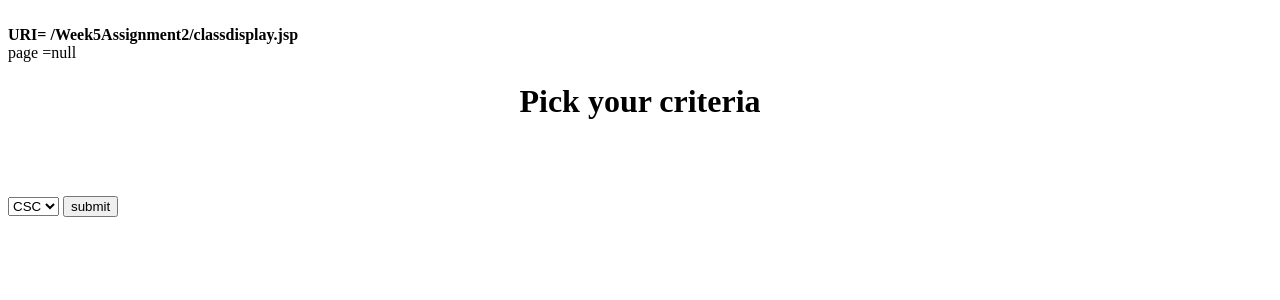
Repository: weshayutin/java258Online
Page: http://localhost/Week5Assignment2/classdisplay.jsp
The author's editor kept a copy of each file at every save. The page is drawn from the files as they stood at one save, then again after the next save.
The browser window is 1280 px wide. The pictures show the whole page.
The page is served by Tomcat 9. Other server files are loaded and not shown.

Above is the page before, as saved 2011-02-16 03:31:02.

### workspace/Week5Assignment2/WebContent/classdisplay.jsp
<%@ page language="java" contentType="text/html; charset=UTF-8"
    pageEncoding="UTF-8"%>
<!DOCTYPE html PUBLIC "-//W3C//DTD HTML 4.01 Transitional//EN" "http://www.w3.org/TR/html4/loose.dtd">
<html>
<head>
<meta http-equiv="Content-Type" content="text/html; charset=UTF-8">
<title>Pick your Display</title>
</head>
<body>

<%

    String URI = request.getRequestURI();
    request.setAttribute("page",URI);
    out.println("<br><b> URI= "+URI+"</b><br>");
    out.println("page ="+session.getAttribute("page"));
%>


<h1 align="center"> Pick your criteria</h1>
<br><br><br>
<form action="criteria.do" name ="display" method="POST">
  <select name=criteria>
  <option value="CSC">CSC</option>
  <option value="ENG">ENG</option>
</select>

	 <input type="SUBMIT" value="submit"/>

</form>


</body>
</html>

After the next save:
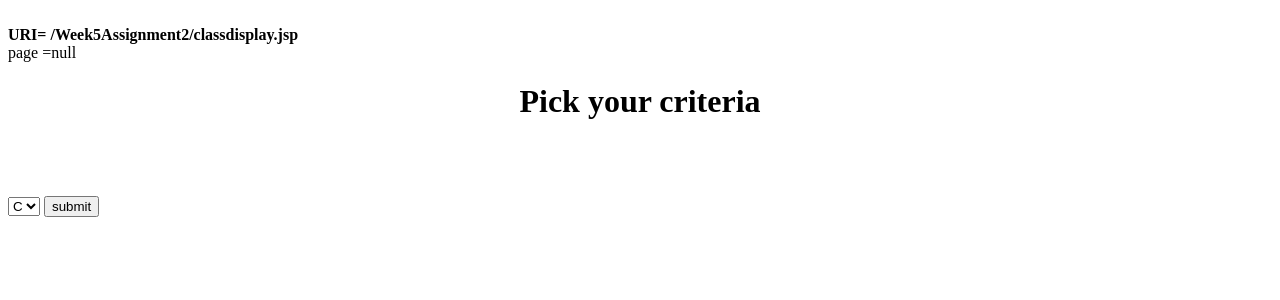
Saved 11 s later.
--- a/workspace/Week5Assignment2/WebContent/classdisplay.jsp
+++ b/workspace/Week5Assignment2/WebContent/classdisplay.jsp
@@ -21,8 +21,8 @@
 <br><br><br>
 <form action="criteria.do" name ="display" method="POST">
   <select name=criteria>
-  <option value="CSC">CSC</option>
-  <option value="ENG">ENG</option>
+  <option value="C">C</option>
+  <option value="E">E</option>
 </select>
 
 	 <input type="SUBMIT" value="submit"/>
